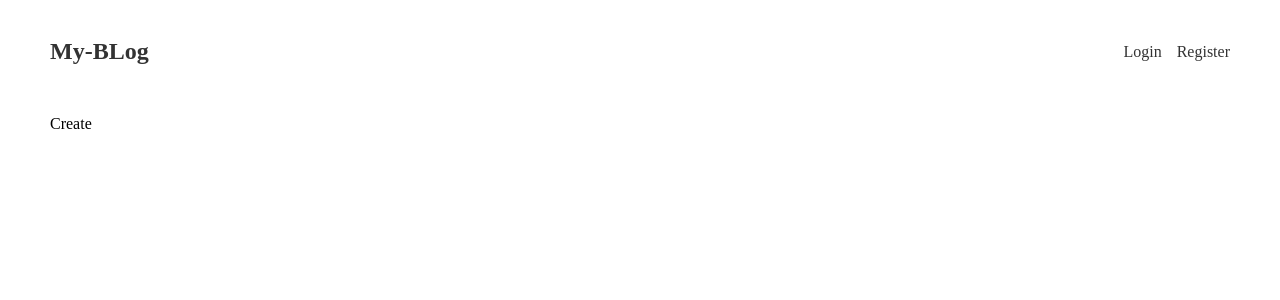
Repository: Attar786/mernblog
Page: /create (app in client/)
These files come from the project's save history. The page is drawn as it stood at one moment and after the next save; the edit follows.
The browser window is 1280 px wide. The pictures show the whole page.
The page's requests for data from a server got no answer. The project was rebuilt for these pictures with package versions that can differ from the ones it lists, and the page was loaded fresh each time. No one was signed in, and anything a server would have sent is missing. Also part of the build but not shown: client/vite.config.js, client/src/components/Post.jsx, client/src/pages/IndexPage.jsx, client/src/pages/LoginPage.jsx, client/src/pages/RegisterPage.jsx, client/src/index.css.

Above is the page before, as saved 2024-08-29 15:47:37.

### client/src/main.jsx
import { StrictMode } from 'react'
import { createRoot } from 'react-dom/client'
import App from './App.jsx'
import './index.css'
import { BrowserRouter } from 'react-router-dom'

createRoot(document.getElementById('root')).render(
  <StrictMode>
    <BrowserRouter>
    <App />
    </BrowserRouter>
  </StrictMode>
)

### client/src/App.jsx
import "./App.css";
import Layout from "./components/Layout";
import { Routes, Route } from 'react-router-dom';
import IndexPage from "./pages/IndexPage";
import LoginPage from "./pages/LoginPage";
import RegisterPage from "./pages/RegisterPage";
import { UserContextProvider } from "./UserContext";
import CreatePost from "./pages/CreatePost";

const App = () => {
  return (
    <UserContextProvider>
      <Routes>
        <Route path="/" element={<Layout />}>
          <Route index element={<IndexPage />} />
          <Route path="/login" element={<LoginPage />} />
          <Route path="/register" element={<RegisterPage />} />
          <Route path="/create" element={<CreatePost/>} />
        </Route>
      </Routes>
    </UserContextProvider>
  );
}

export default App;

### client/src/App.css
*{
  box-sizing: border-box;
}

main{
  padding: 10px;
  max-width: 1200px;
  margin: 0 auto;
}
img{
  max-width: 100%;
  height: auto;
}
header{
  display: flex;
  justify-content: space-between;
  margin-bottom: 50px;
  align-items: center;
  margin-top: 20px;
}

header a{
  text-decoration: none;
  color: #333;
}
header a.logo{
  font-weight:bold;
  font-size: 1.5rem;

}
header nav{
  display: flex;
  gap: 15px;
}
.post{
  display: grid;
  grid-template-columns: 0.9fr 1.1fr;
  gap: 20px;
  margin-bottom: 30px;
}
.texts h2{
  margin: 0;
  font-size: 1.4rem;
}
p.info{
  margin: 6px 0;
  color: #888;
  font-size: 0.7rem;
  font-weight: bold;
}
p.summary{
  margin: 0;
  line-height: 1.2rem;
}
p.info author{
  /* margin: 6px 0; */
  color: #333;
  /* font-size: 0.7rem; */
  font-weight: bold;
}

/* form pages styling */
form.login, form.register
{
  max-width: 400px;
  margin: 0 auto;
}
form input{
  display: block;
  width: 100%;
  margin-bottom: 5px;
  padding: 5px 7px;
  border: 2px solid #ddd;
  border-radius: 10px;
  background-color: #fff;

}
form button{
width: 100%;
border-radius: 10px;
background-color:#555;
border: none;
padding: 10px;
color: white;
cursor: pointer;
}
form h1{
  text-align: center;
}

### client/src/components/Layout.jsx
import { Outlet } from "react-router-dom"
import Header from "./Header"

const Layout = () => {
  return (
    <>
    <main>
        <Header/>
        <Outlet/>
    </main>
    </>
  )
}

export default Layout

### client/src/UserContext.jsx
import { createContext, useState } from "react";

export const UserContext = createContext({});

export function UserContextProvider({ children }) {
    const [userInfo, setUserInfo] = useState({});

    return (
        <UserContext.Provider value={{ userInfo, setUserInfo }}>
            {children}
        </UserContext.Provider>
    );
}

### client/src/pages/CreatePost.jsx

const CreatePost = () => {
  return (
    <div>
      Create
    </div>
  )
}

export default CreatePost

### client/src/components/Header.jsx
import { Link } from "react-router-dom"
import { useContext, useEffect, useState } from "react"
import { UserContext } from "../UserContext";
const Header = () => {
const {setUserInfo, userInfo} = useContext(UserContext);
  useEffect(() => {
    fetch('http://localhost:5000/profile',{
      credentials: 'include',
    }).then(response => {
response.json().then(userInfo => {
  setUserInfo(userInfo);
})
    })
  }, []);

  function logout()
  {
    fetch('http://localhost:5000/logout',{
      method: 'POST',
      credentials: 'include',
    });
setUserInfo(null);
  }

  const username = userInfo?.username;


  return (
    <>
          <header>
          <Link to="/" className='logo'>My-BLog</Link>
<nav>
  {username && (
    <>
    <Link to="/create">Create New Post</Link>
    <a href="" onClick={logout}>Logout</a>
    </>
  )}
  {!username && (
    <>
    <Link to="/login">Login</Link>
  <Link to="/register">Register</Link>
    </>
  )}

</nav>
        </header>
    </>
  )
}

export default Header

Loaded but not shown: client/index.html (common file)

After the next save:
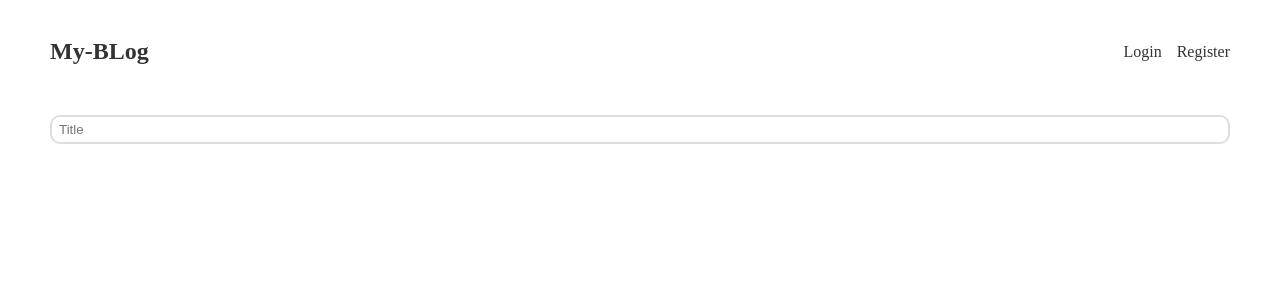
Saved 2 min 22 s later.
--- a/client/src/pages/CreatePost.jsx
+++ b/client/src/pages/CreatePost.jsx
@@ -1,9 +1,9 @@
 
 const CreatePost = () => {
   return (
-    <div>
-      Create
-    </div>
+    <form>
+        <input type="text" name="" id="" placeholder="Title"/>
+    </form>
   )
 }
 
